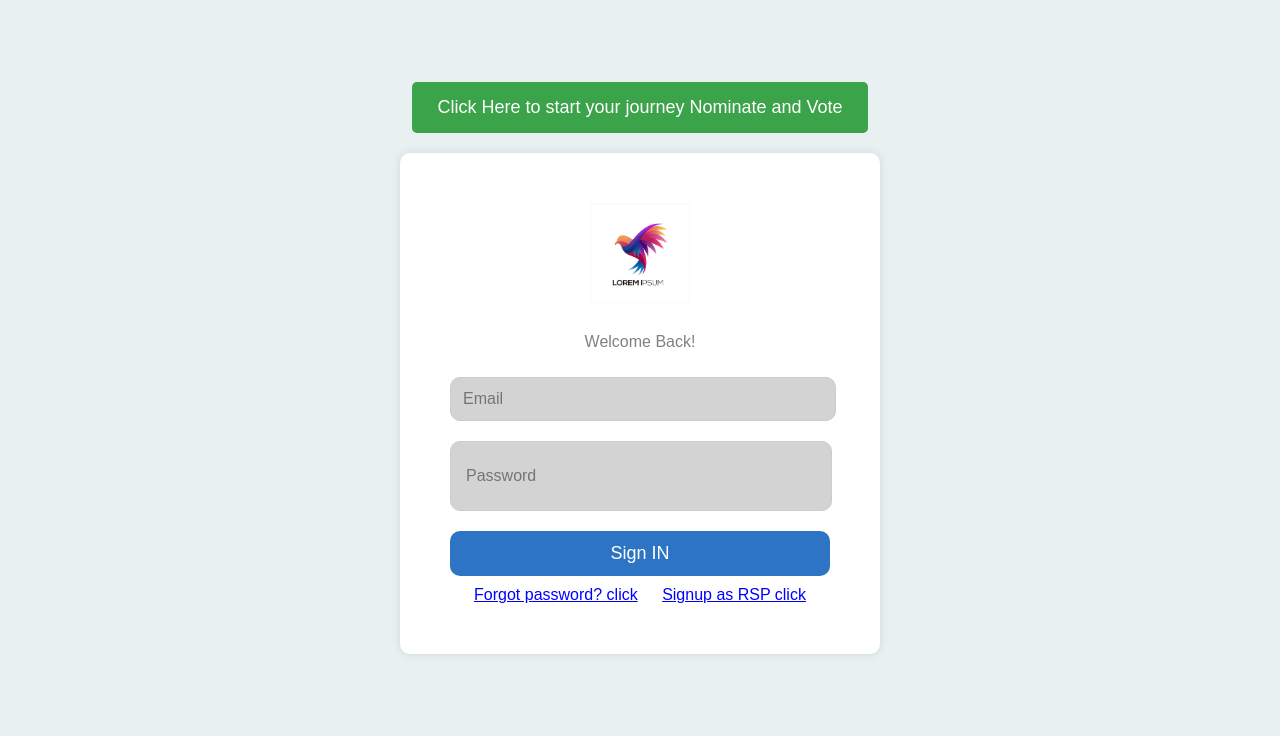
Repository: Femi007-gh/welcome
Page: index.html
These files come from the project's save history. The page is drawn as it stood at one moment and after a run of saves; the edit follows.
The browser window is 1280 px wide. The pictures show the whole page.
Some web libraries are served in a nearby version.

Above is the page before, as saved 2025-03-10 18:17:42.

After the next 4 saves:
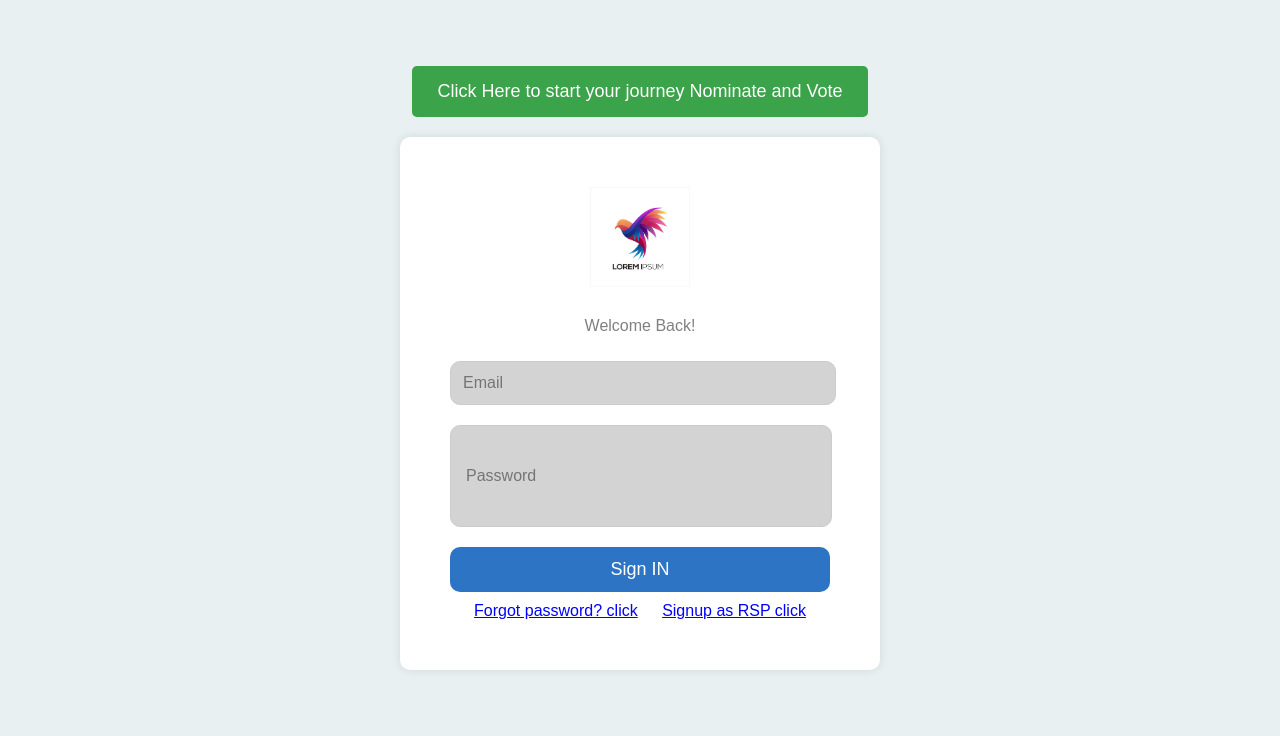
The 4 saves are shown as one change because they came seconds apart.
The last was saved 20 s later.
--- a/index.html
+++ b/index.html
@@ -95,6 +95,9 @@
             color: blue;
             text-decoration: underline;
         }
+        .fit {
+          height: 50px;
+        }
     </style>
 </head>
 <body>
